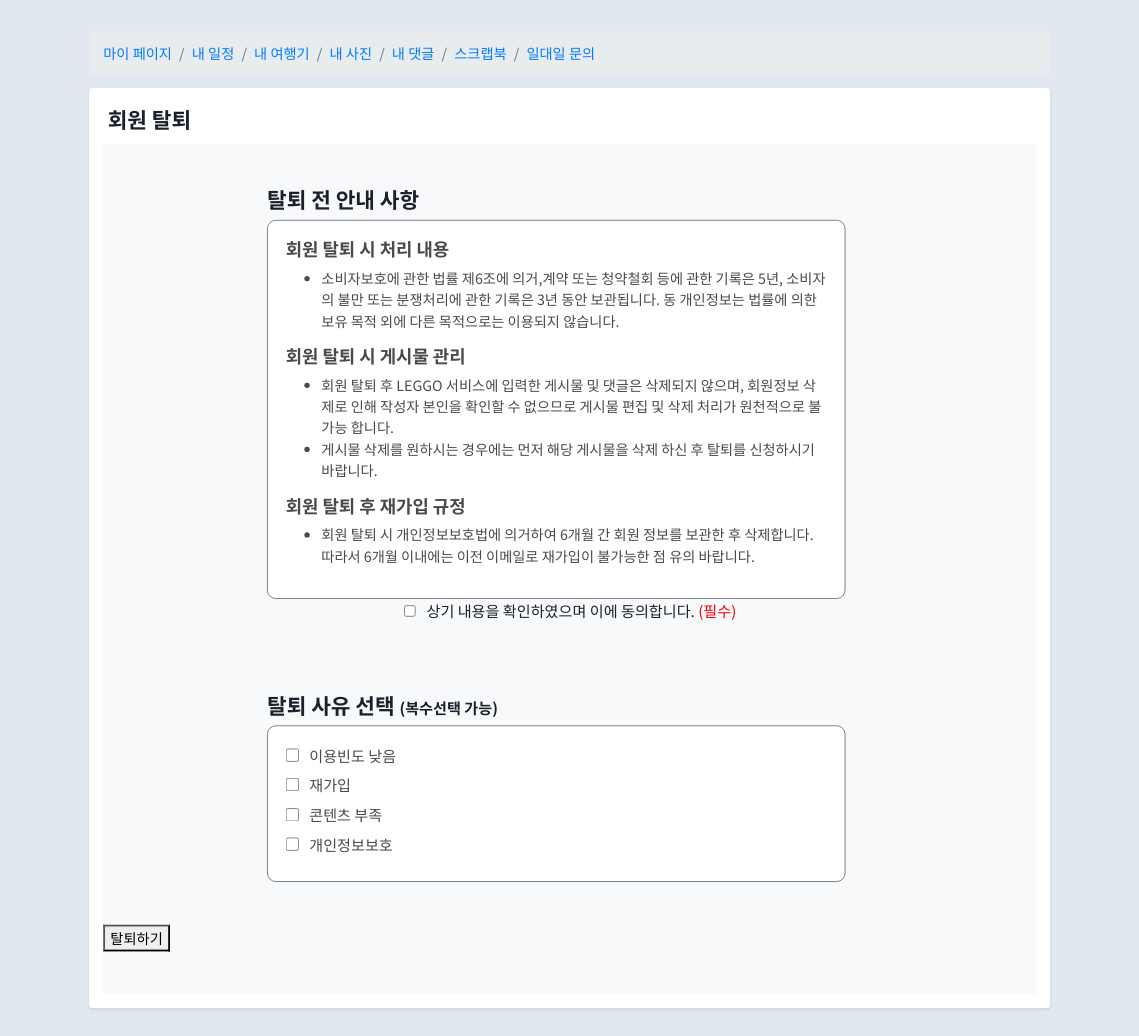
Repository: jangseohyun/LEGGO_2021
Page: http://localhost/PrjApp/Quit.jsp
These files come from the project's save history. The page is drawn as it stood at one moment and after the next save; the edit follows.
The browser window is 1280 px wide. The pictures show the whole page, at 89% of full size.
Some web libraries are served in a nearby version. The page is served by Tomcat 9.

Above is the page before, as saved 2021-06-30 14:53:09.

After the next save:
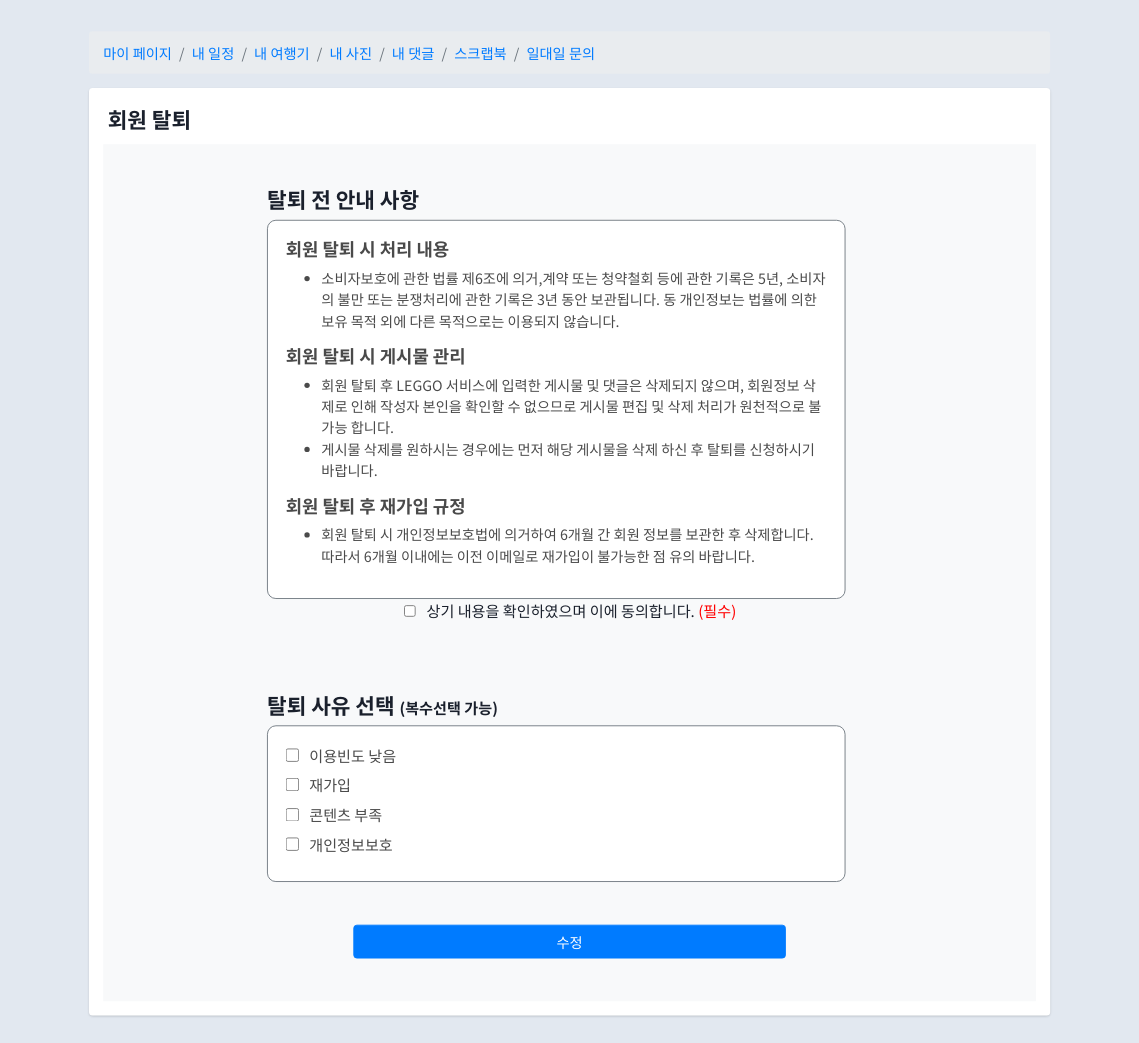
Saved 19 s later.
--- a/PrjApp/WebContent/Quit.jsp
+++ b/PrjApp/WebContent/Quit.jsp
@@ -103,7 +103,10 @@ String cp = request.getContextPath();
 								 </label><br>
 							</span>
 						</div><br><br>
-						<button>탈퇴하기</button>
+							<div class="row justify-content-center">
+								<button type="submit" class="btn btn-primary center submit "
+									style="width: 45%; font-family: 'Noto Sans KR', sans-serif;">수정</button>
+							</div>
 					</div>
 				</div>
 			</div>
